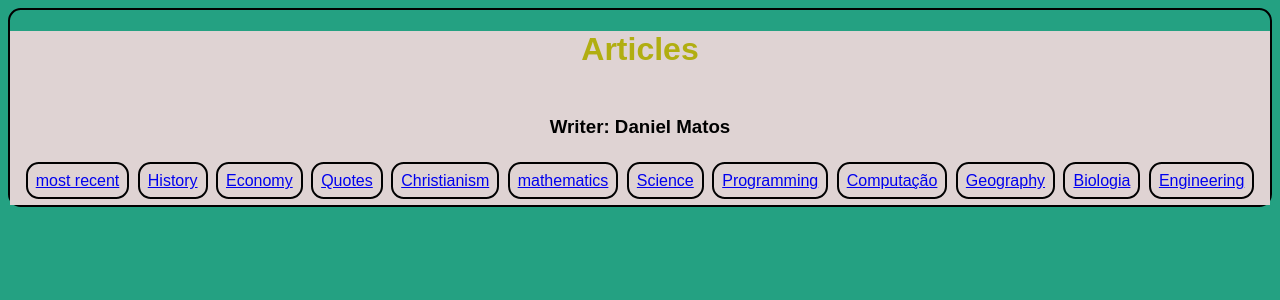
Repository: batmit/FutureFundation.github.io-1
Page: menu/articles/articles.html
These files come from the project's save history. The page is drawn as it stood at one moment and after the next save; the edit follows.
The browser window is 1280 px wide. The pictures show the whole page.

Above is the page before, as saved 2021-11-05 15:44:02.

After the next save:
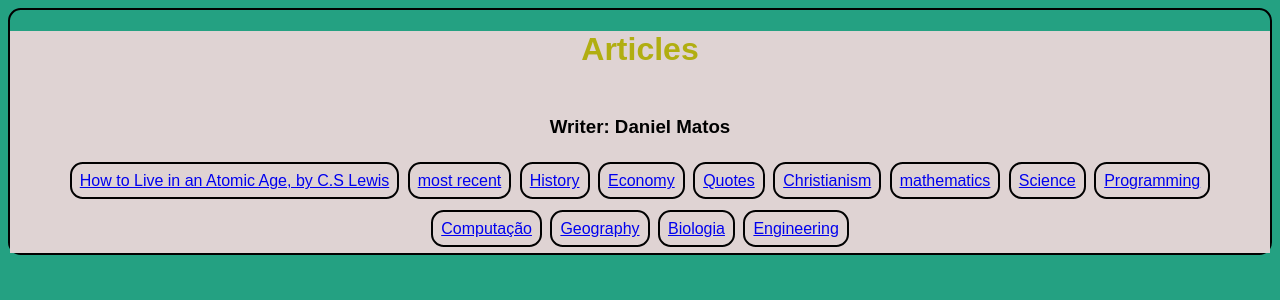
Saved 2 min 8 s later.
--- a/menu/articles/articles.html
+++ b/menu/articles/articles.html
@@ -25,6 +25,7 @@
 
         <div id="articles">
 
+            <a href="../../cslewis.html">How to Live in an Atomic Age, by C.S Lewis</a>
 
             <a href="/menu/articles/ciencias/energia/star_ina_bottle.html">most recent</a>
 
